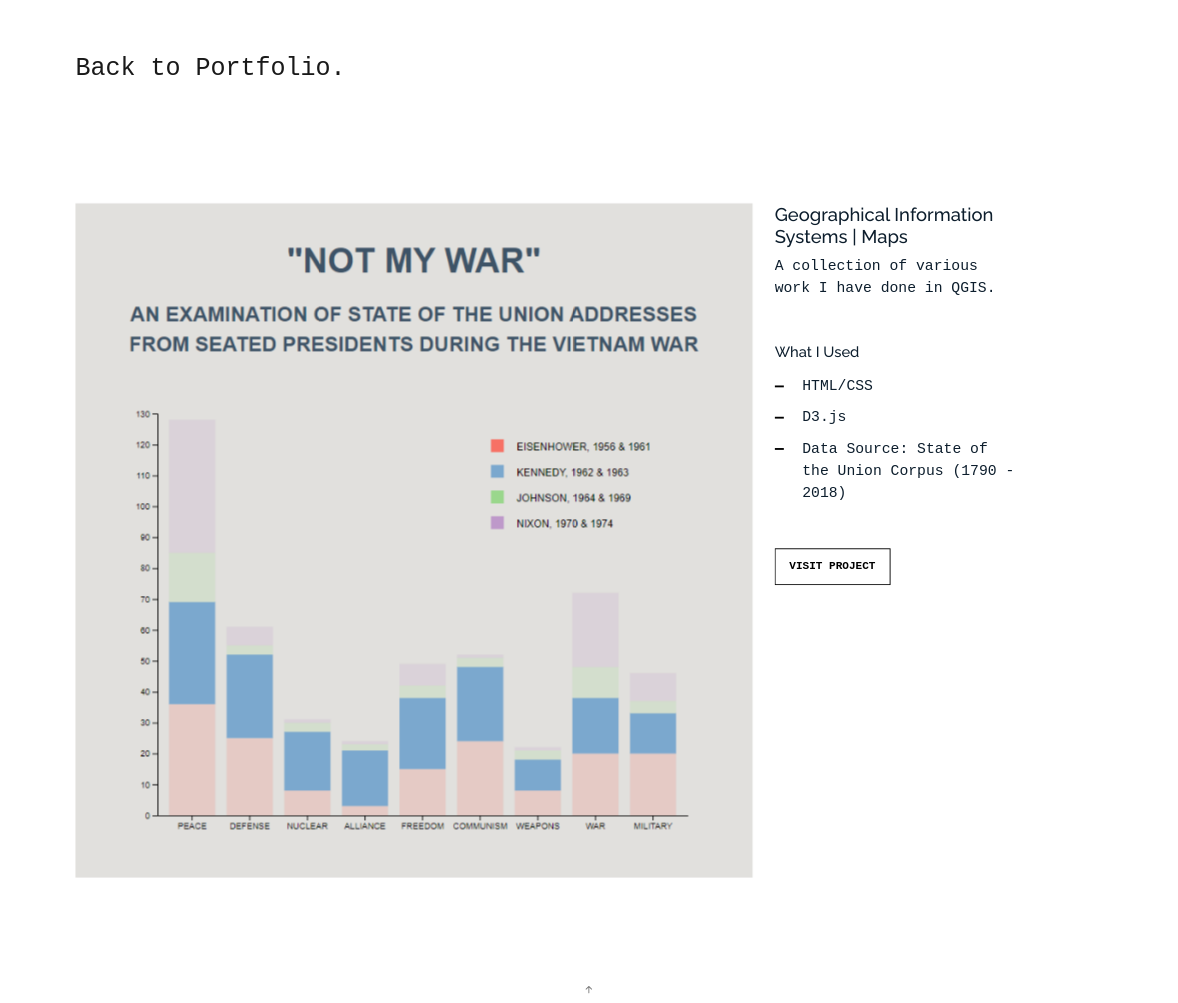
Repository: m0llyc00k/portfolio-2
Page: work-single-gis.html
The author's editor kept a record of every edit. The page is drawn from the files as they stood at one moment, then again after the next edit.
The browser window is 1280 px wide. The pictures show the whole page, at 92% of full size.
Some web fonts or font styles are not loaded; a fallback is used.

Above is the page before.

### work-single-gis.html
<!DOCTYPE html>
<html lang="en">

<head>
  <meta charset="utf-8">
  <meta content="width=device-width, initial-scale=1.0" name="viewport">

  <title>Molly Cook - QGIS</title>
  <meta content="" name="description">
  <meta content="" name="keywords">

  <!-- Favicons -->
  <link href="assets/img/favicon.png" rel="icon">
  <link href="assets/img/apple-touch-icon.png" rel="apple-touch-icon">

  <!-- Google Fonts -->
  <link href="https://fonts.googleapis.com/css?family=https://fonts.googleapis.com/css?family=Inconsolata:400,500,600,700|Raleway:400,400i,500,500i,600,600i,700,700i" rel="stylesheet">

  <!-- Vendor CSS Files -->
  <link href="assets/vendor/aos/aos.css" rel="stylesheet">
  <link href="assets/vendor/bootstrap/css/bootstrap.min.css" rel="stylesheet">
  <link href="assets/vendor/bootstrap-icons/bootstrap-icons.css" rel="stylesheet">
  <link href="assets/vendor/swiper/swiper-bundle.min.css" rel="stylesheet">

  <!-- Template Main CSS File -->
  <link href="assets/css/style.css" rel="stylesheet">

  <!-- =======================================================
  * Template Name: MyPortfolio - v4.7.0
  * Template URL: https://bootstrapmade.com/myportfolio-bootstrap-portfolio-website-template/
  * Author: BootstrapMade.com
  * License: https://bootstrapmade.com/license/
  ======================================================== -->
</head>

<body>

  <!-- ======= Navbar ======= -->


  <nav class="navbar navbar-light custom-navbar">
    <div class="container">
      <a class="navbar-brand" href="index.html">Back to Portfolio.</a>
      <!--<a href="#" class="burger" data-bs-toggle="collapse" data-bs-target="#main-navbar">-->
        <span></span>
      </a>
    </div>
  </nav>

  <main id="main">

    <section class="section">

      <div class="site-section pb-0">
        <div class="container">
          <div class="row align-items-stretch">
            <div class="col-md-8" data-aos="fade-up">
              <img src="assets/img/not-my-war.png" alt="Image" class="img-fluid">
            </div>
            <div class="col-md-3 ml-auto" data-aos="fade-up" data-aos-delay="100">
              <div class="sticky-content">
                <h3 class="h3">Geographical Information Systems | Maps</h3>
                <!--<p class="mb-4"><span class="text-muted">Design</span></p>-->

                <div class="mb-5">
                  <p>A collection of various work I have done in QGIS.</p>

                </div>

                <h4 class="h4 mb-3">What I Used</h4>
                <ul class="list-unstyled list-line mb-5">
                  <li>HTML/CSS</li>
                  <li>D3.js</li>
                  <li>Data Source: State of the Union Corpus (1790 - 2018)</li>
                </ul>

                <p><a href="./assets/js/stacked-bar-simple-sotu.html" class="readmore">Visit Project</a></p>
              </div>
            </div>
          </div>
        </div>
    </section>



  </main><!-- End #main -->


  <a href="#" class="back-to-top d-flex align-items-center justify-content-center"><i class="bi bi-arrow-up-short"></i></a>

  <!-- Vendor JS Files -->
  <script src="assets/vendor/aos/aos.js"></script>
  <script src="assets/vendor/bootstrap/js/bootstrap.bundle.min.js"></script>
  <script src="assets/vendor/isotope-layout/isotope.pkgd.min.js"></script>
  <script src="assets/vendor/swiper/swiper-bundle.min.js"></script>
  <script src="assets/vendor/php-email-form/validate.js"></script>

  <!-- Template Main JS File -->
  <script src="assets/js/main.js"></script>

</body>

</html>

### assets/css/style.css
/**
* Template Name: MyPortfolio - v4.7.0
* Template URL: https://bootstrapmade.com/myportfolio-bootstrap-portfolio-website-template/
* Author: BootstrapMade.com
* License: https://bootstrapmade.com/license/
*/

/*--------------------------------------------------------------
# General
--------------------------------------------------------------*/
body {
  font-family: "Inconsolata", monospace;
  color: #0d1e2d;
}

a {
  color: #777;
  text-decoration: none;
}

a:hover {
  color: #000;
}

h1, h2, h3, h4, h5, h6, .font-heading {
  font-family: "Raleway", sans-serif;
}

.section {
  padding: 7rem 0;
}

.filters a {
  text-decoration: none;
  color: #000;
  display: inline-block;
  padding-left: 10px;
  padding-right: 10px;
  position: relative;
}
.filters a:hover, .filters a:focus, .filters a:active {
  text-decoration: none;
}
.filters a:hover:before {
  content: "";
  position: absolute;
  left: 10px;
  right: 10px;
  bottom: 0;
  height: 1px;
  background-color: #000;
}
.filters a.active {
  color: #000;
}
.filters a.active:before {
  content: "";
  position: absolute;
  left: 10px;
  right: 10px;
  bottom: 0;
  height: 1px;
  background-color: #000;
}

.item {
  border: none;
  margin-bottom: 30px;
}
.item .item-wrap {
  display: block;
  position: relative;
  overflow: hidden;
}
.item .item-wrap:after {
  z-index: 2;
  position: absolute;
  content: "";
  top: 0;
  left: 0;
  right: 0;
  bottom: 0;
  background: rgba(0, 0, 0, 0.4);
  visibility: hidden;
  opacity: 0;
  transition: 0.3s all ease-in-out;
}
.item .item-wrap img {
  transition: 0.3s transform ease;
  transform: scale(1);
}
.item .item-wrap > .work-info {
  position: absolute;
  top: 50%;
  width: 100%;
  text-align: center;
  z-index: 3;
  transform: translateY(-50%);
  color: #fff;
  opacity: 0;
  visibility: hidden;
  margin-top: 20px;
  transition: 0.3s all ease;
}
.item .item-wrap > .work-info h3 {
  font-size: 20px;
  margin-bottom: 0;
}
.item .item-wrap > .work-info span {
  font-size: 14px;
  text-transform: uppercase;
  letter-spacing: 0.2rem;
}
.item .item-wrap:hover {
  text-decoration: none;
}
.item .item-wrap:hover img {
  transform: scale(1.05);
}
.item .item-wrap:hover:after {
  opacity: 1;
  visibility: visible;
}
.item .item-wrap:hover .work-info {
  margin-top: 0px;
  opacity: 1;
  visibility: visible;
}

.testimonial-wrap {
  padding: 50px 50px 80px 50px;
  background: #eceff2;
}
.testimonial-wrap .testimonial {
  text-align: center;
  max-width: 500px;
  margin: 0 auto;
}
.testimonial-wrap .testimonial img {
  border-radius: 50%;
  width: 120px;
  margin: 0 auto 30px auto;
}
.testimonial-wrap .testimonial blockquote p {
  font-size: 20px;
}

.h3 {
  font-size: 20px;
}

.h4 {
  font-size: 16px;
}

.heading {
  font-size: 28px;
}

.readmore {
  display: inline-block;
  border: 1px solid #000;
  padding: 10px 15px;
  font-size: 12px;
  text-transform: uppercase;
  color: #000;
  transition: 0.2s all ease;
  font-weight: 700;
}
.readmore:active, .readmore:focus, .readmore:hover {
  outline: none;
}
.readmore:hover {
  color: #fff;
  text-decoration: none;
  background: #000;
}

.testimonials-slider .swiper-pagination {
  margin-top: -60px;
  position: relative;
}
.testimonials-slider .swiper-pagination .swiper-pagination-bullet {
  width: 12px;
  height: 12px;
  background-color: rgba(13, 30, 45, 0.3);
  opacity: 1;
}
.testimonials-slider .swiper-pagination .swiper-pagination-bullet-active {
  background-color: rgba(13, 30, 45, 0.6);
}

.sticky-content {
  position: sticky;
  position: -webkit-sticky;
  top: 0;
  /* required */
}

.list-line li {
  margin-bottom: 10px;
  position: relative;
  padding-left: 30px;
}
.list-line li:before {
  content: "";
  position: absolute;
  left: 0;
  top: 0.7rem;
  width: 10px;
  height: 2px;
  background: #000;
}

.form-control {
  border-radius: 0;
  background: #f8f9fa;
  border: 1px solid transparent;
  padding-top: 10px !important;
  padding-bottom: 10px !important;
}
.form-control:active, .form-control:focus {
  background: #eff1f4;
  outline: none;
  box-shadow: none;
  border: 1px solid transparent;
}

.custom-progress {
  height: 7px;
  border-radius: 0;
}
.custom-progress .progress-bar {
  background: #000;
}

/* Services */
.services i {
  font-size: 40px;
}
.services h4 {
  padding-top: 10px;
}

/* Contact Form */
.php-email-form .error-message {
  display: none;
  color: #fff;
  background: #ed3c0d;
  text-align: left;
  padding: 15px;
  font-weight: 600;
}
.php-email-form .error-message br + br {
  margin-top: 25px;
}
.php-email-form .sent-message {
  display: none;
  color: #fff;
  background: #18d26e;
  text-align: center;
  padding: 15px;
  font-weight: 600;
}
.php-email-form .loading {
  display: none;
  background: #fff;
  text-align: center;
  padding: 15px;
}
.php-email-form .loading:before {
  content: "";
  display: inline-block;
  border-radius: 50%;
  width: 24px;
  height: 24px;
  margin: 0 10px -6px 0;
  border: 3px solid #18d26e;
  border-top-color: #eee;
  -webkit-animation: animate-loading 1s linear infinite;
  animation: animate-loading 1s linear infinite;
}

@-webkit-keyframes animate-loading {
  0% {
    transform: rotate(0deg);
  }
  100% {
    transform: rotate(360deg);
  }
}

@keyframes animate-loading {
  0% {
    transform: rotate(0deg);
  }
  100% {
    transform: rotate(360deg);
  }
}
/*--------------------------------------------------------------
# Header
--------------------------------------------------------------*/
/* Custom Navmenu */
.custom-navmenu {
  background: #0d1e2d;
}
.custom-navmenu .custom-menu, .custom-navmenu .custom-menu li {
  padding: 0;
  margin: 0;
  list-style: none;
}
.custom-navmenu .custom-menu li {
  margin-bottom: 0;
  font-size: 20px;
}
.custom-navmenu .custom-menu li a {
  color: #fff;
  padding: 10px 0 !important;
}
.custom-navmenu .custom-menu li a:hover {
  text-decoration: none;
}
.custom-navmenu .custom-menu li.active a {
  text-decoration: underline;
}
.custom-navmenu h3 {
  font-size: 20px;
  color: #fff;
}
.custom-navmenu p {
  color: rgba(255, 255, 255, 0.6);
}
.custom-navmenu a {
  color: rgba(255, 255, 255, 0.7);
}
.custom-navmenu a:hover {
  color: #fff;
}

/* Custom Navbar */
.custom-navbar {
  padding-top: 50px;
  width: 100%;
}
@media (max-width: 780px) {
  .custom-navbar > .container {
    padding-right: 0;
    padding-left: 0;
  }
}
.custom-navbar .navbar-brand {
  font-size: 1.7rem;
}

/* Burger */
.burger {
  width: 28px;
  height: 32px;
  cursor: pointer;
  position: relative;
}

.burger:before, .burger span, .burger:after {
  width: 100%;
  height: 2px;
  display: block;
  background: #000;
  border-radius: 2px;
  position: absolute;
  opacity: 1;
}

.burger:before, .burger:after {
  transition: top 0.35s cubic-bezier(0.23, 1, 0.32, 1), transform 0.35s cubic-bezier(0.23, 1, 0.32, 1), opacity 0.35s cubic-bezier(0.23, 1, 0.32, 1), background-color 1.15s cubic-bezier(0.86, 0, 0.07, 1);
  -webkit-transition: top 0.35s cubic-bezier(0.23, 1, 0.32, 1), -webkit-transform 0.35s cubic-bezier(0.23, 1, 0.32, 1), opacity 0.35s cubic-bezier(0.23, 1, 0.32, 1), background-color 1.15s cubic-bezier(0.86, 0, 0.07, 1);
  content: "";
}

.burger:before {
  top: 4px;
}

.burger span {
  top: 15px;
}

.burger:after {
  top: 26px;
}

/* Hover */
.burger:hover:before {
  top: 7px;
}

.burger:hover:after {
  top: 23px;
}

/* Click */
.burger.active span {
  opacity: 0;
}

.burger.active:before, .burger.active:after {
  top: 40%;
}

.burger.active:before {
  transform: rotate(45deg);
}

.burger.active:after {
  transform: rotate(-45deg);
}

.burger:focus {
  outline: none;
}

/*--------------------------------------------------------------
# Footer
--------------------------------------------------------------*/
.footer {
  padding: 0 0 4rem 0;
}
.footer a {
  color: #000;
}

.social a {
  display: inline-block;
  width: 50px;
  height: 50px;
  border-radius: 50%;
  background: #f8f9fa;
  position: relative;
  text-align: center;
  color: #0d1e2d;
}
.social a span {
  display: inline-block;
  left: 50%;
  position: absolute;
  top: 50%;
  transform: translate(-50%, -50%);
}
.social a:hover {
  color: #000;
}

### assets/js/main.js
/**
* Template Name: MyPortfolio - v4.7.0
* Template URL: https://bootstrapmade.com/myportfolio-bootstrap-portfolio-website-template/
* Author: BootstrapMade.com
* License: https://bootstrapmade.com/license/
*/
(function() {
  "use strict";

  /**
   * Easy selector helper function
   */
  const select = (el, all = false) => {
    el = el.trim()
    if (all) {
      return [...document.querySelectorAll(el)]
    } else {
      return document.querySelector(el)
    }
  }

  /**
   * Easy event listener function
   */
  const on = (type, el, listener, all = false) => {
    let selectEl = select(el, all)
    if (selectEl) {
      if (all) {
        selectEl.forEach(e => e.addEventListener(type, listener))
      } else {
        selectEl.addEventListener(type, listener)
      }
    }
  }

  /**
   * Easy on scroll event listener
   */
  const onscroll = (el, listener) => {
    el.addEventListener('scroll', listener)
  }

  /**
   * burgerMenu
   */
  const burgerMenu = select('.burger')
  on('click', '.burger', function(e) {
    burgerMenu.classList.toggle('active');
  })

  /**
   * Porfolio isotope and filter
   */
  window.addEventListener('load', () => {
    let portfolioContainer = select('#portfolio-grid');
    if (portfolioContainer) {
      let portfolioIsotope = new Isotope(portfolioContainer, {
        itemSelector: '.item',
      });

      let portfolioFilters = select('#filters a', true);

      on('click', '#filters a', function(e) {
        e.preventDefault();
        portfolioFilters.forEach(function(el) {
          el.classList.remove('active');
        });
        this.classList.add('active');

        portfolioIsotope.arrange({
          filter: this.getAttribute('data-filter')
        });
        portfolioIsotope.on('arrangeComplete', function() {
          AOS.refresh()
        });
      }, true);
    }

  });

  /**
   * Testimonials slider
   */
  new Swiper('.testimonials-slider', {
    speed: 600,
    loop: true,
    autoplay: {
      delay: 5000,
      disableOnInteraction: false
    },
    slidesPerView: 'auto',
    pagination: {
      el: '.swiper-pagination',
      type: 'bullets',
      clickable: true
    }
  });

  /**
   * Animation on scroll
   */
  window.addEventListener('load', () => {
    AOS.init({
      duration: 1000,
      easing: 'ease-in-out',
      once: true,
      mirror: false
    })
  });

})()

Loaded but not shown: assets/vendor/aos/aos.css (library); assets/vendor/bootstrap/css/bootstrap.min.css (library); assets/vendor/bootstrap-icons/bootstrap-icons.css (library); assets/vendor/swiper/swiper-bundle.min.css (library); assets/vendor/aos/aos.js (library); assets/vendor/bootstrap/js/bootstrap.bundle.min.js (library); assets/vendor/isotope-layout/isotope.pkgd.min.js (library); assets/vendor/swiper/swiper-bundle.min.js (library); assets/vendor/php-email-form/validate.js (common file)

After the next edit:
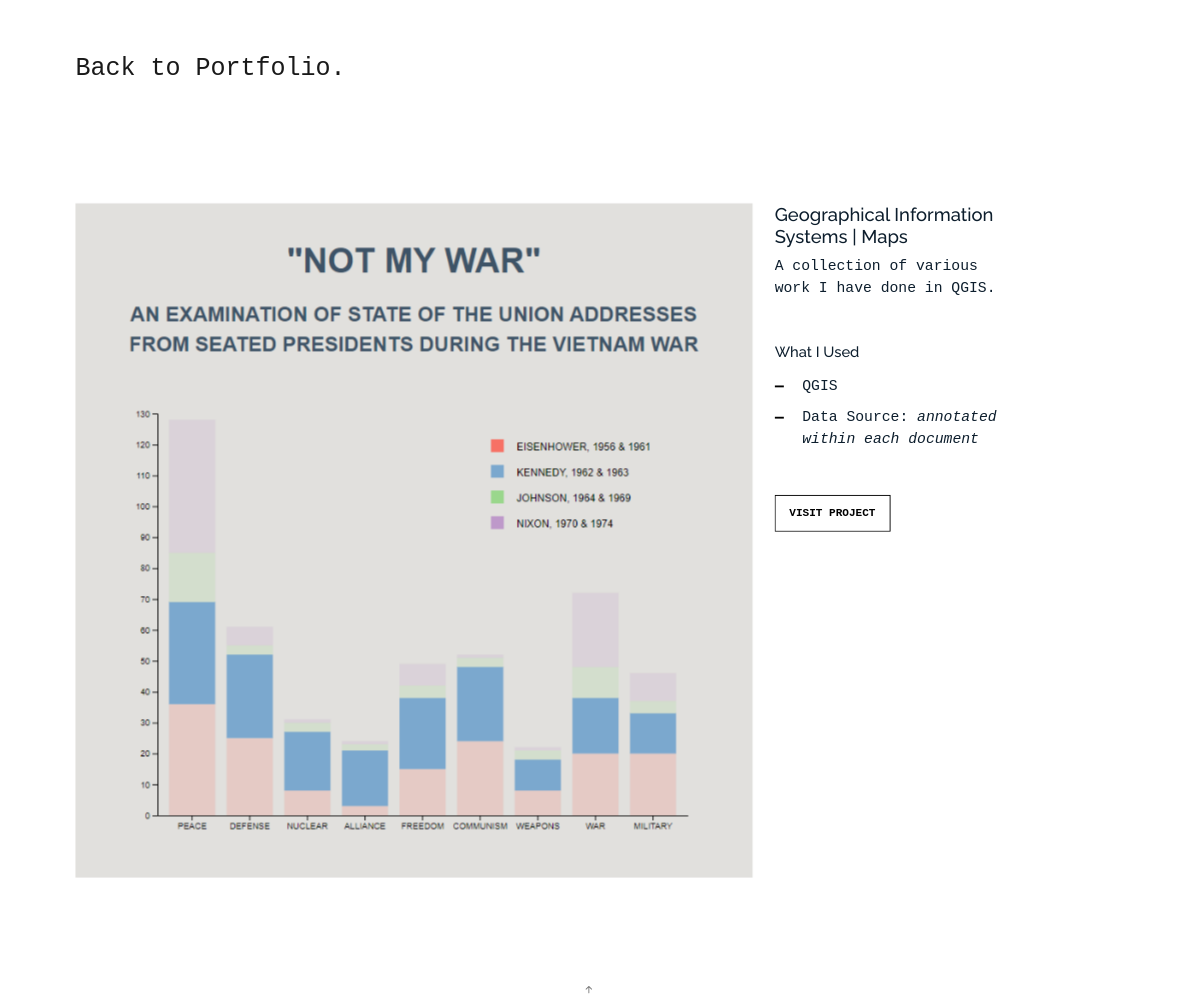
The edit:
--- a/work-single-gis.html
+++ b/work-single-gis.html
@@ -69,9 +69,8 @@
 
                 <h4 class="h4 mb-3">What I Used</h4>
                 <ul class="list-unstyled list-line mb-5">
-                  <li>HTML/CSS</li>
-                  <li>D3.js</li>
-                  <li>Data Source: State of the Union Corpus (1790 - 2018)</li>
+                  <li>QGIS</li>
+                  <li>Data Source: <em>annotated within each document</em></li>
                 </ul>
 
                 <p><a href="./assets/js/stacked-bar-simple-sotu.html" class="readmore">Visit Project</a></p>
